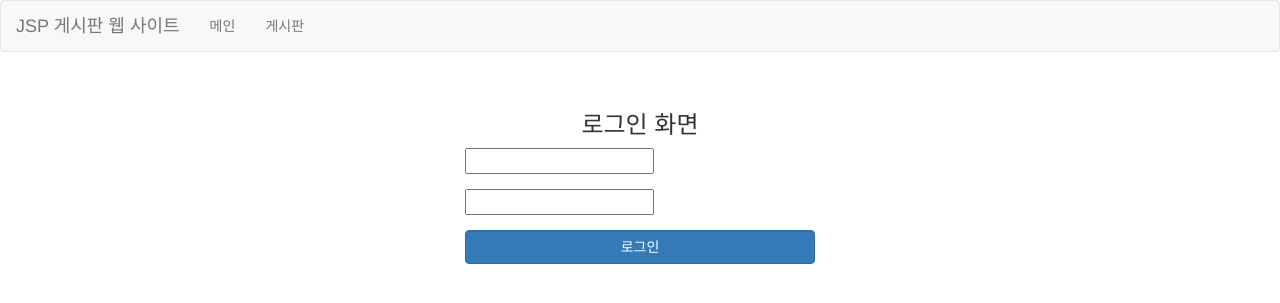
Repository: chyun94/JSP-
Page: http://localhost/BBS/join.jsp
These files come from the project's save history. The page is drawn as it stood at one moment and after the next save; the edit follows.
The browser window is 1280 px wide. The pictures show the whole page.
Some web libraries are served in a nearby version. The page is served by Tomcat 9.

Above is the page before, as saved 2021-05-07 11:20:11.

After the next save:
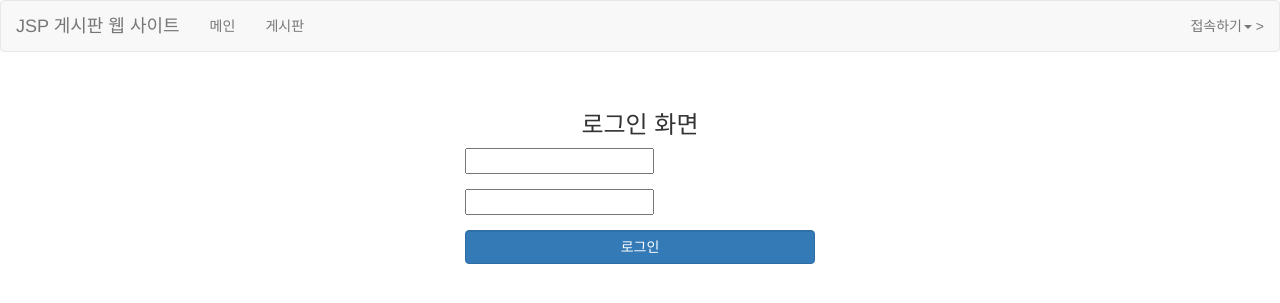
Saved 65 s later.
--- a/BBS/WebContent/join.jsp
+++ b/BBS/WebContent/join.jsp
@@ -32,7 +32,9 @@
 			<ul class="nav navbar-nav navbar-right">
 				<li class="dropdown">
 					<a href="#" class="dropdown-toggle" data-toggle="fropdown"
-					role="button" aria-haspopup="true"></a>
+					role="button" aria-haspopup="true"
+					aria-expanded="false">접속하기<span class="caret"></span>
+					></a>
 
 			<ul class="dropdown-menu">
 				<li class="active"><a href="login.jsp">로그인</a></li>
